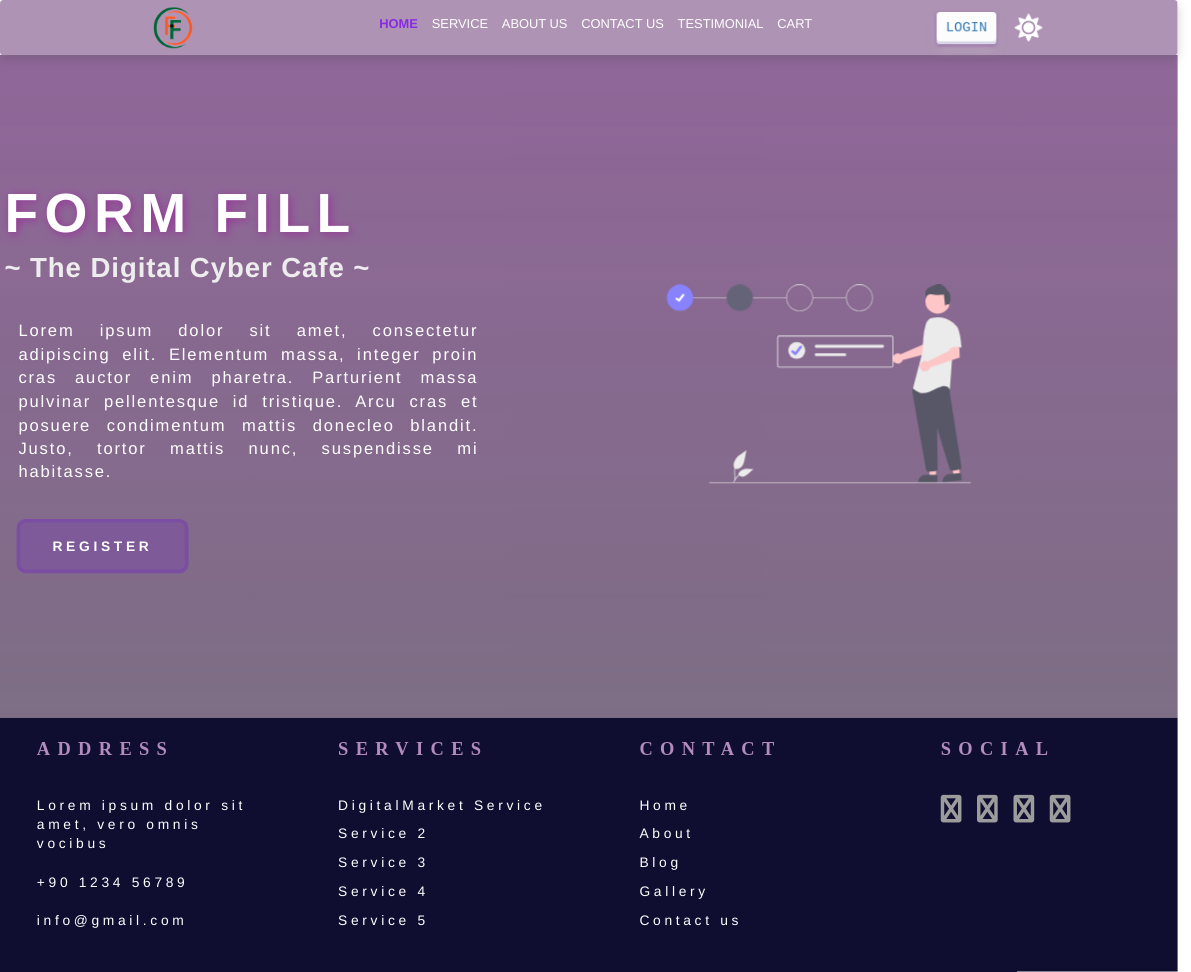
Repository: codervivek5/Formfil
Page: index.html
The author's editor kept a copy of each file at every save. The page is drawn from the files as they stood at one save, then again after the next save.
The browser window is 1280 px wide. The page is 1295 px wide, so the pictures cover 1295 px, including what lies to the right of the window. The pictures show the whole page, at 92% of full size.
After loading, the first visible `#icon` was clicked once.
Some web fonts or font styles are not loaded; a fallback is used.

Above is the page before, as saved 2023-03-04 21:35:59.

After the next save:
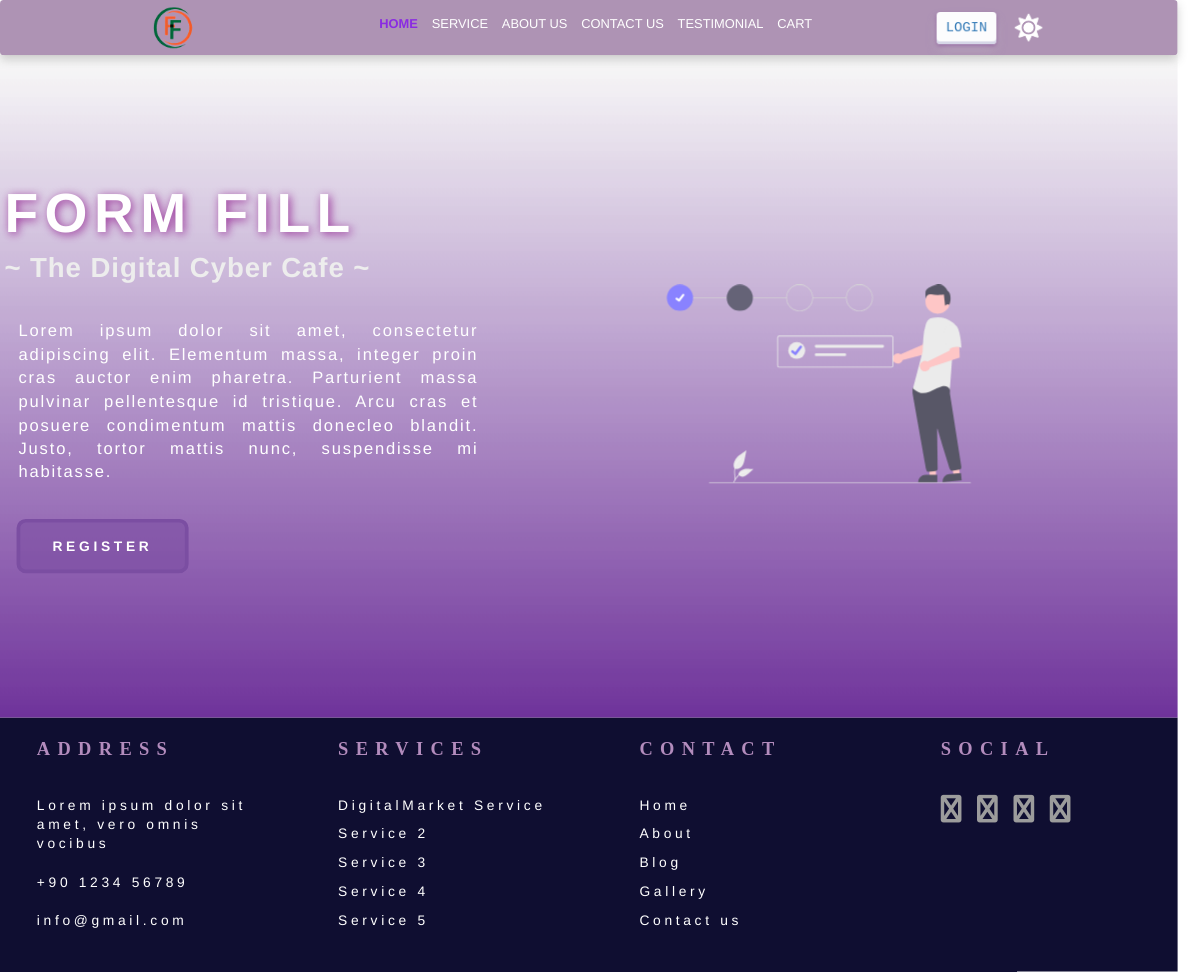
Saved 61 s later.
--- a/style/theme.css
+++ b/style/theme.css
@@ -10,7 +10,7 @@
 	--color--customnav: white;
 }
 .dark-mode{
-	--color--main: linear-gradient(#4b075ac4,rgba(28, 1, 41, 0.712));
+	/* --color--main: linear-gradient(#4b075ac4,rgba(28, 1, 41, 0.712));  */
 	--color--footer: rgb(65, 3, 55);
 	--color--h1: rgb(255, 255, 255);
 	--color--h2: rgb(233, 233, 233);

After the save that followed:
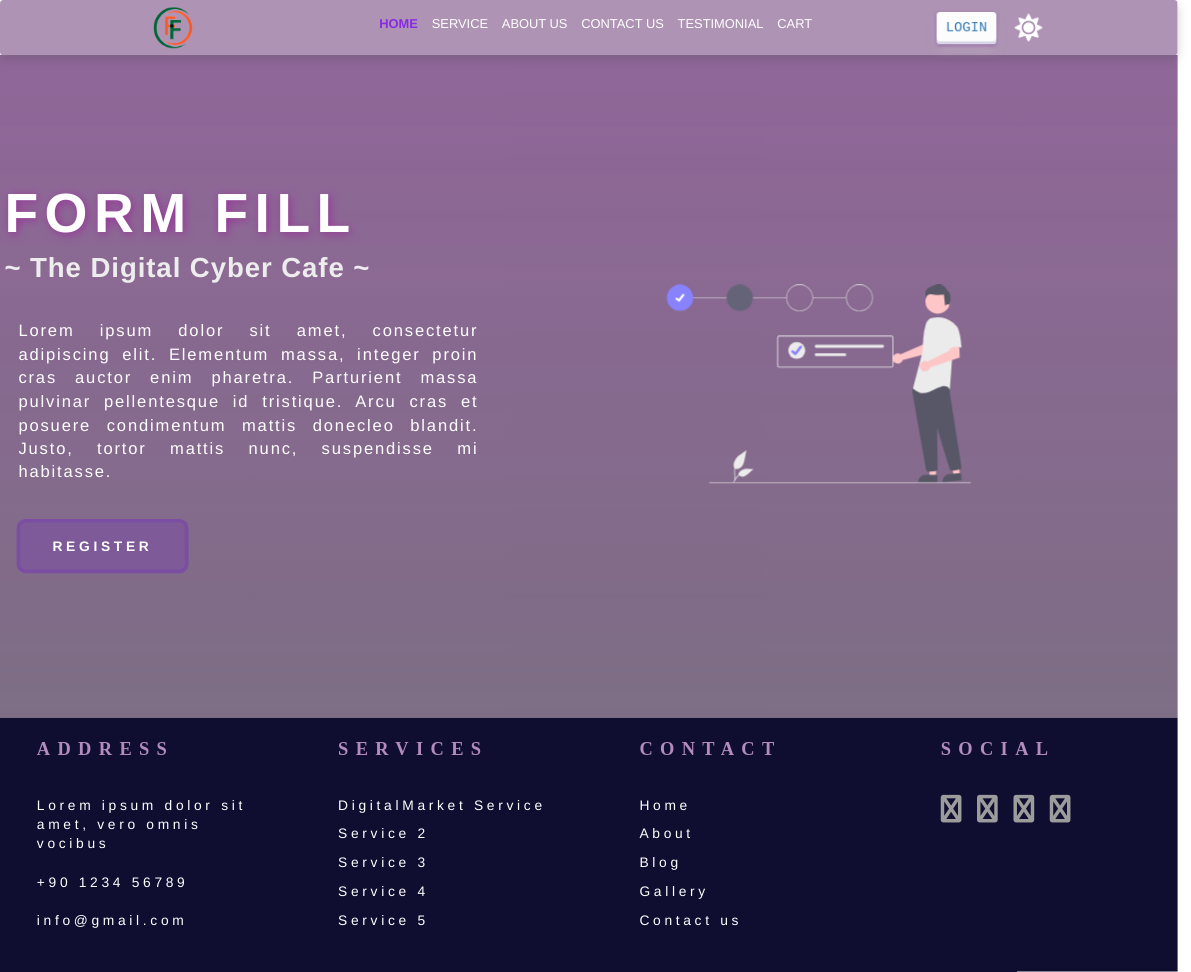
Saved 13 s later.
--- a/style/theme.css
+++ b/style/theme.css
@@ -10,7 +10,7 @@
 	--color--customnav: white;
 }
 .dark-mode{
-	/* --color--main: linear-gradient(#4b075ac4,rgba(28, 1, 41, 0.712));  */
+	--color--main: linear-gradient(#4b075ac4,rgba(28, 1, 41, 0.712));
 	--color--footer: rgb(65, 3, 55);
 	--color--h1: rgb(255, 255, 255);
 	--color--h2: rgb(233, 233, 233);
